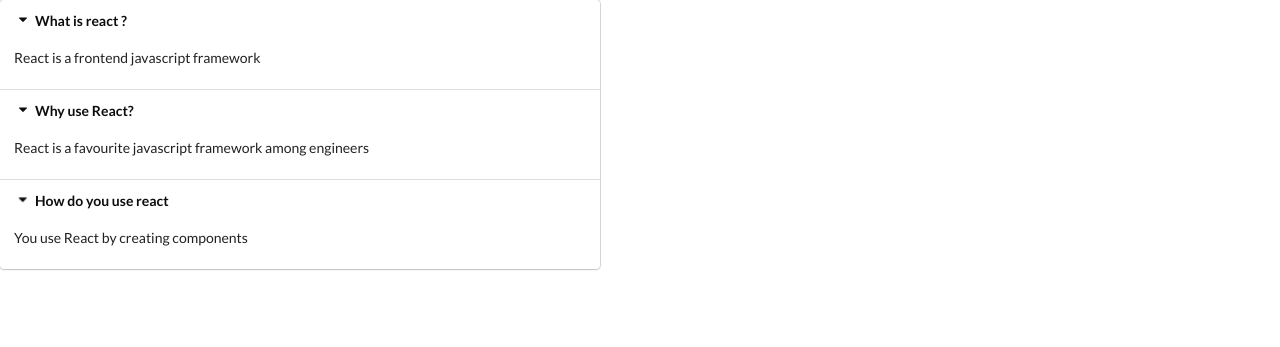
Repository: striver-69/Widjets-App
Page: /
An editor plug-in stored every save of this project. The page is shown before and after the next save, followed by the edit.
The browser window is 1280 px wide. The pictures show the whole page.
The project was rebuilt for these pictures with package versions that can differ from the ones it lists, and the page was loaded fresh each time.

Above is the page before, as saved 2021-03-04 01:49:42.

### public/index.html
<!DOCTYPE html>
<html lang="en">
  <head>
    <meta charset="utf-8" />
    <link rel="icon" href="%PUBLIC_URL%/favicon.ico" />
    <meta name="viewport" content="width=device-width, initial-scale=1" />
    <meta name="theme-color" content="#000000" />
    <link rel ="stylesheet" href="https://cdnjs.cloudflare.com/ajax/libs/semantic-ui/2.4.1/semantic.min.css"/>
    <meta
      name="description"
      content="Web site created using create-react-app"
    />
    <link rel="apple-touch-icon" href="%PUBLIC_URL%/logo192.png" />
    <!--
      manifest.json provides metadata used when your web app is installed on a
      user's mobile device or desktop. See https://developers.google.com/web/fundamentals/web-app-manifest/
    -->
    <link rel="manifest" href="%PUBLIC_URL%/manifest.json" />
    <!--
      Notice the use of %PUBLIC_URL% in the tags above.
      It will be replaced with the URL of the `public` folder during the build.
      Only files inside the `public` folder can be referenced from the HTML.

      Unlike "/favicon.ico" or "favicon.ico", "%PUBLIC_URL%/favicon.ico" will
      work correctly both with client-side routing and a non-root public URL.
      Learn how to configure a non-root public URL by running `npm run build`.
    -->
    <title>React App</title>
  </head>
  <body>
    <noscript>You need to enable JavaScript to run this app.</noscript>
    <div id="root"></div>
    <!--
      This HTML file is a template.
      If you open it directly in the browser, you will see an empty page.

      You can add webfonts, meta tags, or analytics to this file.
      The build step will place the bundled scripts into the <body> tag.

      To begin the development, run `npm start` or `yarn start`.
      To create a production bundle, use `npm run build` or `yarn build`.
    -->
  </body>
</html>

### src/index.js
import React from 'react'
import ReactDOM from 'react-dom'
import App from './App'

ReactDOM.render(<App/>,document.querySelector('#root'))

### src/App.js
import React from 'react'
import Accordion from './components/Accordion'

const items=[
  {
    title:'What is react ?',
    content:'React is a frontend javascript framework'
  },
  {
    title:'Why use React?',
    content:'React is a favourite javascript framework among engineers'
  },
  {
    title:'How do you use react',
    content:'You use React by creating components'
  }
]

export default ()=>{
  return (
    <div>
      <Accordion items={items}/>
    </div>
  )
}

### src/components/Accordion.js
import React, {useState} from 'react'

export default function Accordion({items}) {

  const onTitleClick=(index)=>{
    console.log('title clicked',index)
  }

  const rendereditems=items.map((item,index)=>{
    return <React.Fragment key={item.title}>
      <div className="title active"
      onClick={()=>onTitleClick(index)}>
        <i className="dropdown icon"></i>
        {item.title}
      </div>
      <div className="content active">
        <p>{item.content}</p>
      </div>
    </React.Fragment>
  })
  return (
    <div className="ui styled accordion">
      {rendereditems}
    </div>
  )
}

After the next save:
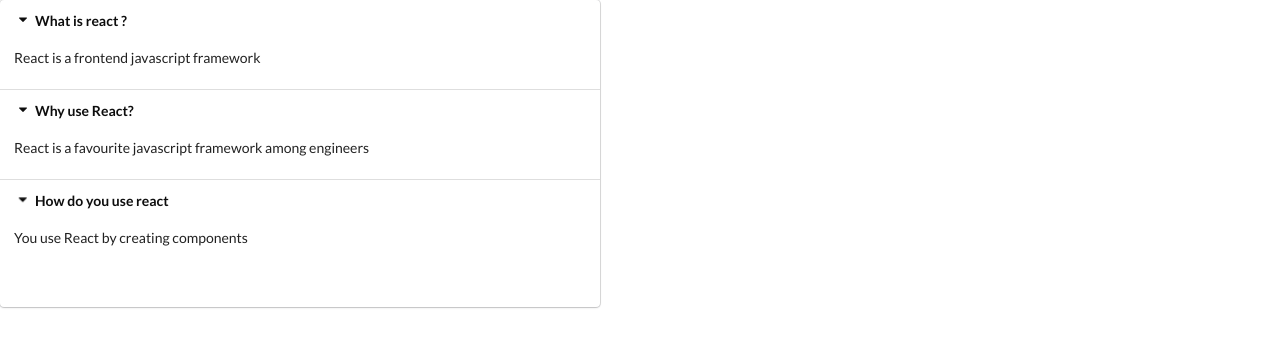
Saved 97 s later.
--- a/src/components/Accordion.js
+++ b/src/components/Accordion.js
@@ -2,8 +2,10 @@
 
 export default function Accordion({items}) {
 
+  const [activeIndex,setActiveIndex]=useState(null)
+
   const onTitleClick=(index)=>{
-    console.log('title clicked',index)
+    setActiveIndex(index)
   }
 
   const rendereditems=items.map((item,index)=>{
@@ -21,6 +23,7 @@
   return (
     <div className="ui styled accordion">
       {rendereditems}
+      <h1>{activeIndex}</h1>
     </div>
   )
 }
